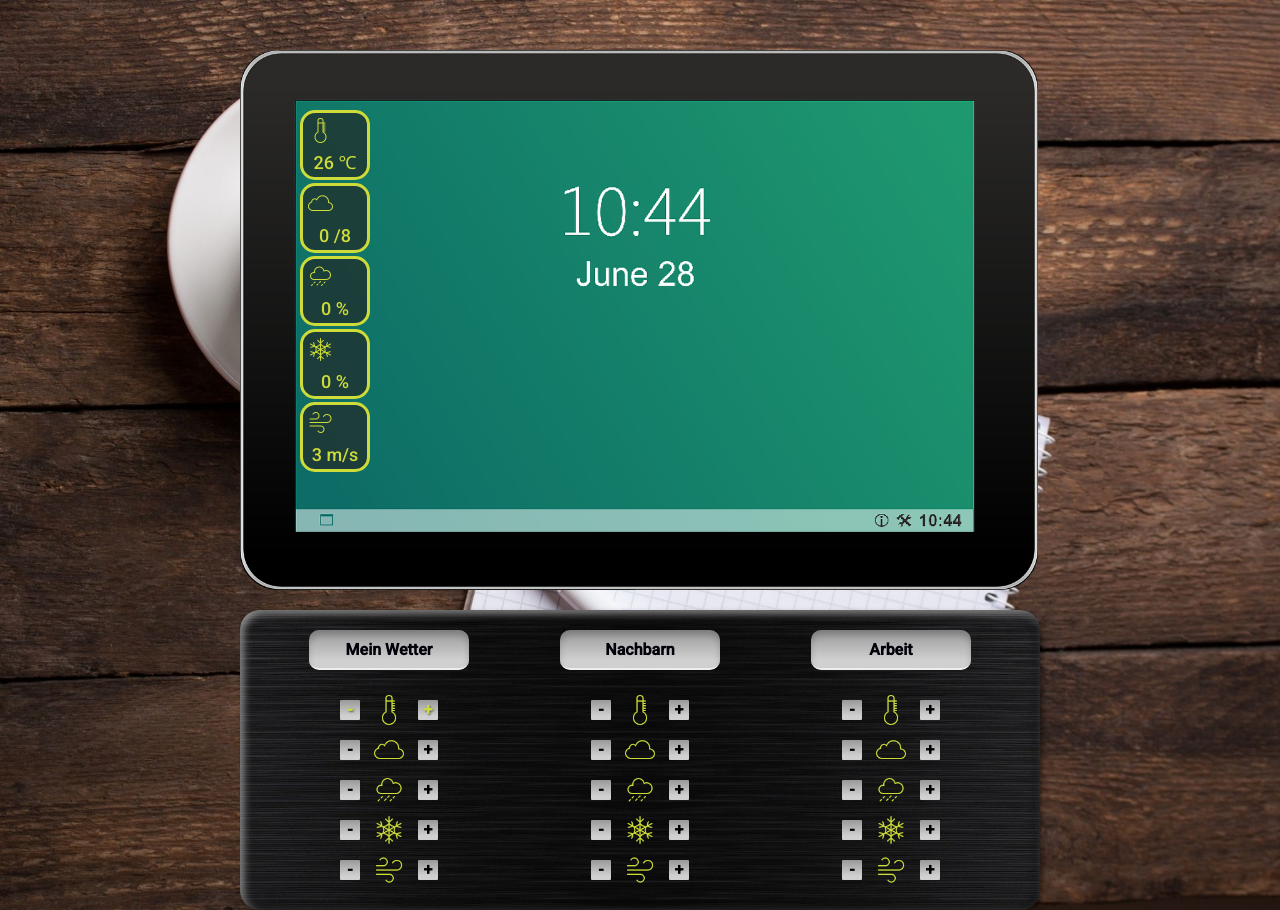
Repository: NadiaSchmitz/wetter.githab.io
Page: index.html
The author's editor kept a record of every edit. The page is drawn from the files as they stood at one moment, then again after the next edit.
The browser window is 1280 px wide. The pictures show the whole page.

Above is the page before.
Not found: styles/background1.css
Not found: styles/background2.css
Not found: styles/background3.css

### index.html
<!DOCTYPE html>
<html>

<head>
  <meta charset="utf-8" />
  <title>Das Wetter</title>
  <link rel="stylesheet" href="./styles/reset.css" type="text/css" />
  <link rel="stylesheet" href="./styles/style.css" type="text/css" />
  <link rel="stylesheet" href="./styles/icons.css" type="text/css" />
  <link rel="stylesheet" href="./styles/table.css" type="text/css" />
  <link rel="stylesheet" href="./styles/tablet.css" type="text/css" />
  <link rel="stylesheet" href="./styles/keyboard.css" type="text/css" />
  <link rel="stylesheet" href="./styles/background1.css" type="text/css" />
  <link rel="stylesheet" href="./styles/background2.css" type="text/css" />
  <link rel="stylesheet" href="./styles/background3.css" type="text/css" />
  <meta name="viewport" content="width=device-width, initial-scale=1.0">
  <link rel="preconnect" href="https://fonts.googleapis.com">
  <link rel="preconnect" href="https://fonts.gstatic.com" crossorigin>
  <link href="https://fonts.googleapis.com/css2?family=Roboto:wght@500&display=swap" rel="stylesheet">
  <link rel="shortcut icon" href="./images/favicon.png" type="image/x-icon">
  <script src="https://ajax.googleapis.com/ajax/libs/jquery/2.2.0/jquery.min.js"></script>

</head>

<body>
  <section class="wrapper">
    <div class="coffee"></div>
    <section class="inner_wrapper">
      <div class="weather_wrapper">
        <div id="weather" class="main_layout_my_weather">
        <div id="layout_1" class="layout1_my_weather"></div>
        <div class="status_wrapper">
          <div class="status status_temperature">
            <div class="status_value status_temperature_value">
              <span class="temperature_value">26</span>
              <span>&#8451;</span>
            </div>
          </div>
          <div class="status status_clouds">
            <div class="status_value status_clouds_value">
              <span class="clouds_value">0</span>
              <span>/8</span>
            </div>
          </div>
          <div class="status status_rain">
            <div class="status_value status_rain_value">
              <span class="rain_value">0</span>
              <span>%</span>
            </div>
          </div>
          <div class="status status_snow">
            <div class="status_value status_snow_value">
              <span class="snow_value">0</span>
              <span>%</span>
            </div>
          </div>
          <div class="status status_wind">
            <div class="status_value status_wind_value">
              <span class="wind_value">3</span>
              <span>m/s</span>
            </div>
          </div>
        </div>
      </div>
      </div>
      <div class="control">
        <div class="control_keyboard">
          <div class="control_keyboard_section">
            <div class="weather_button_wrapper">
              <span id="myWeather" class="weather_button active_button my" data-info="my">Mein Wetter</span>
            </div>
            <div class="control_keyboard_content">
              <div class="control_keyboard_content_item">
                <span class="control_button minus temperatur_minus active_control_button" data-info="my">-</span>
                <span class="control_weather temperatur_value_control"></span>
                <span class="control_button plus temperatur_plus active_control_button" data-info="my">+</span>
              </div>
              <div class="control_keyboard_content_item">
                <span class="control_button minus clouds_minus">-</span>
                <span class="control_weather clouds_value_control"></span>
                <span class="control_button plus clouds_plus">+</span>
              </div>
              <div class="control_keyboard_content_item">
                <span class="control_button clouds_minus">-</span>
                <span class="control_weather rain_value_control"></span>
                <span class="control_button clouds_plus">+</span>
              </div>
              <div class="control_keyboard_content_item">
                <span class="control_button clouds_minus">-</span>
                <span class="control_weather snow_value_control"></span>
                <span class="control_button clouds_plus">+</span>
              </div>
              <div class="control_keyboard_content_item">
                <span class="control_button clouds_minus">-</span>
                <span class="control_weather wind_value_control"></span>
                <span class="control_button clouds_plus">+</span>
              </div>
            </div>
          </div>
          <div class="control_keyboard_section">
            <div class="weather_button_wrapper">
              <span id="nachbarnWeather" class="weather_button" data-info="nachbarn">Nachbarn</span>
            </div>
            <div class="control_keyboard_content">
              <div class="control_keyboard_content_item">
                <span class="control_button minus temperatur_minus" data-info="nachbarn">-</span>
                <span class="control_weather temperatur_value_control"></span>
                <span class="control_button plus temperatur_plus" data-info="nachbarn">+</span>
              </div>
              <div class="control_keyboard_content_item">
                <span class="control_button minus clouds_minus">-</span>
                <span class="control_weather clouds_value_control"></span>
                <span class="control_button plus clouds_plus">+</span>
              </div>
              <div class="control_keyboard_content_item">
                <span class="control_button clouds_minus">-</span>
                <span class="control_weather rain_value_control"></span>
                <span class="control_button clouds_plus">+</span>
              </div>
              <div class="control_keyboard_content_item">
                <span class="control_button clouds_minus">-</span>
                <span class="control_weather snow_value_control"></span>
                <span class="control_button clouds_plus">+</span>
              </div>
              <div class="control_keyboard_content_item">
                <span class="control_button clouds_minus">-</span>
                <span class="control_weather wind_value_control"></span>
                <span class="control_button clouds_plus">+</span>
              </div>
            </div>
          </div>
          <div class="control_keyboard_section">
            <div class="weather_button_wrapper">
              <span id="arbeitWeather" class="weather_button" data-info="arbeit">Arbeit</span>
            </div>
            <div class="control_keyboard_content">
              <div class="control_keyboard_content_item">
                <span class="control_button minus temperatur_minus" data-info="arbeit">-</span>
                <span class="control_weather temperatur_value_control"></span>
                <span class="control_button plus temperatur_plus" data-info="arbeit">+</span>
              </div>
              <div class="control_keyboard_content_item">
                <span class="control_button minus clouds_minus">-</span>
                <span class="control_weather clouds_value_control"></span>
                <span class="control_button plus clouds_plus">+</span>
              </div>
              <div class="control_keyboard_content_item">
                <span class="control_button clouds_minus">-</span>
                <span class="control_weather rain_value_control"></span>
                <span class="control_button clouds_plus">+</span>
              </div>
              <div class="control_keyboard_content_item">
                <span class="control_button clouds_minus">-</span>
                <span class="control_weather snow_value_control"></span>
                <span class="control_button clouds_plus">+</span>
              </div>
              <div class="control_keyboard_content_item">
                <span class="control_button clouds_minus">-</span>
                <span class="control_weather wind_value_control"></span>
                <span class="control_button clouds_plus">+</span>
              </div>
            </div>
          </div>
        </div>
      </div>
    </section>
  </section>
  <script type="text/javascript" src="./js/weather.js"></script>
  <script type="text/javascript" src="./js/general.js"></script>
</body>

</html>

### styles/reset.css
html, body, div, span, applet, object, iframe,
h1, h2, h3, h4, h5, h6, p, blockquote, pre,
a, abbr, acronym, address, big, cite, code,
del, dfn, em, img, ins, kbd, q, s, samp,
small, strike, strong, sub, sup, tt, var,
b, u, i, center,
dl, dt, dd, ol, ul, li,
fieldset, form, label, legend,
table, caption, tbody, tfoot, thead, tr, th, td,
article, aside, canvas, details, embed,
figure, figcaption, footer, header, hgroup,
menu, nav, output, ruby, section, summary,
time, mark, audio, video {
	margin: 0;
	padding: 0;
	box-sizing: border-box;
	border: 0;
	font-size: 100%;
	font: inherit;
	vertical-align: baseline;
}
/* HTML5 display-role reset for older browsers */
article, aside, details, figcaption, figure,
footer, header, hgroup, menu, nav, section {
	display: block;
}
body {
	line-height: 1;
}
ol, ul {
	list-style: none;
}
blockquote, q {
	quotes: none;
}
blockquote:before, blockquote:after,
q:before, q:after {
	content: '';
	content: none;
}
table {
	border-collapse: collapse;
	border-spacing: 0;
}

### styles/style.css
.wrapper {
  min-height: calc(100vh);
  background-size: cover;
  background-repeat: no-repeat;
}

.inner_wrapper {
  font-family: 'Roboto', sans-serif;
  padding: 50px  0 0 0;
}

.weather_wrapper {
  width: 800px;
  height: 540px;
  background-size: contain;
  background-repeat: no-repeat;
  margin: 0 auto 20px;
  padding: 50px;
}

#weather {
  position: relative;
  width: 700px;
  height: 440px;
  background-size: cover;
  background-repeat: no-repeat;
  background-position: 50%;
  margin: 0 auto;
}

#layout_1 {
  position: absolute;
  top: 0;
  bottom: 0;
  left: 0;
  right: 0;
  background-size: cover;
  background-position: 40% 0;
}

.status_wrapper {
  padding: 10px 0 0 10px;
}

.status {
  position: relative;
  width: 70px;
  height: 70px;
  border-radius: 15px;
  border: 3px solid #cddc39;
  background-size: 25px;
  background-position: 5px 5px;
  background-repeat: no-repeat;
  background-color: rgb(36 36 36 / 66%);
  margin: 0 0 3px 0;
}

.status:last-of-type {
  margin: 0;
}

.status_value {
  font-size: 18px;
  line-height: 40px;
  text-align: center;
  color: #cddc39;
  margin: 30px 0 0 0;
}

.control {

}

.control_keyboard {
  width: 800px;
  height: 300px;
  background-color: #3a3939;
  background-size: cover;
  border-radius: 20px;
  text-align: center;
  box-shadow: inset rgba(0,0,0,.5) -3px -3px 8px, inset rgb(179 178 178 / 90%) 3px 3px 8px, rgba(0,0,0,.8) 3px 3px 8px -3px;
  margin: 0 auto;
  padding: 20px;
}

.control_keyboard_section {
  display: inline-block;
  vertical-align: top;
  width: 32.5%;
  padding: 0 10px 0 10px;
}

.weather_button_wrapper {
  margin: 0 0 30px 0;
}

.weather_button {
  width: 160px;
  height: 40px;
  border-bottom: 2px solid #eee;
  box-shadow: inset rgba(0,0,0,0.2) 0px 5px 6px;
  display: block;
  font-size: 16px;
  line-height: 40px;
  color: #000009;
  font-weight: 700;
  text-align: center;
  text-decoration: none;
  background-image: -webkit-linear-gradient(top, #999, #d0d0d0 80%);
  background-image: -moz-linear-gradient(top, #999, #d0d0d0 80%);
  background-image: -ms-linear-gradient(top, #999, #d0d0d0 80%);
  background-image: -o-linear-gradient(top, #999, #d0d0d0 80%);
  background-image: linear-gradient(top, #999, #d0d0d0 80%);
  -moz-border-radius: 10px;
  -webkit-border-radius: 10px;
  border-radius: 10px;
  -webkit-transition: all .1s ease-in;
  -moz-transition: all .1s ease-in;
  -ms-transition: all .1s ease-in;
  -o-transition: all .1s ease-in;
  transition: all .1s ease-in;
  cursor: pointer;
  margin: 0 auto;
}

.weather_button:hover {
  -webkit-box-shadow: rgba(0,0,0,.4) 0 3px 8px;
  -moz-box-shadow: rgba(0,0,0,.4) 0 3px 8px;
  box-shadow: rgba(0,0,0,.4) 0 3px 8px;
}

.aktive_button {
  color: #cddc39;
  text-shadow: 1px 1px 2px rgb(94 92 92);
}

.control_keyboard_content_item {
  margin: 0 0 15px 0;
}

.control_button {
  display: inline-block;
  vertical-align: top;
  width: 20px;
  height: 20px;
  font-size: 16px;
  line-height: 20px;
  font-weight: 700;
  text-align: center;
  background-image: -webkit-linear-gradient(top, #999, #d0d0d0 80%);
  background-image: -moz-linear-gradient(top, #999, #d0d0d0 80%);
  background-image: -ms-linear-gradient(top, #999, #d0d0d0 80%);
  background-image: -o-linear-gradient(top, #999, #d0d0d0 80%);
  background-image: linear-gradient(top, #999, #d0d0d0 80%);
  -moz-border-radius: 1px;
  -webkit-border-radius: 1px;
  border-radius: 1px;
  -webkit-transition: all .1s ease-in;
  -moz-transition: all .1s ease-in;
  -ms-transition: all .1s ease-in;
  -o-transition: all .1s ease-in;
  transition: all .1s ease-in;
}

.control_weather {
  display: inline-block;
  vertical-align: top;
  width: 30px;
  height: 30px;
  background-position: 50%;
  background-size: cover;
  margin: -5px 10px 0 10px;
}

.active_control_button {
  color: #cddc39;
  text-shadow: 1px 1px 2px rgb(94 92 92);
}

### js/weather.js
var weatherArray = [];
weatherArray = [{
    weatherOwner: "myWeather",
    controlButtonClass: "my_weather_control",
    temperaturUnderLimit: 25,
    temperaturStandart: 26,
    temperaturUpperLimit: 27,
    cloudsUnderLimit: 0,
    cloudsStandart: 0,
    cloudsUpperLimit: 1,
    rainUnderLimit: 0,
    rainStandart: 0,
    rainUpperLimit: 5,
    snowUnderLimit: 0,
    snowStandart: 0,
    snowUpperLimit: 0,
    windUnderLimit: 3,
    windStandart: 3,
    windUpperLimit: 5,
    mainLayoutClass: "main_layout_my_weather",
    layout1: "layout1_my_weather",
    layout2: ""
  },

  {
    weatherOwner: "nachbarnWeather",
    controlButtonClass: "nachbarn_weather_control",
    temperaturUnderLimit: 3,
    temperaturStandart: 5,
    temperaturUpperLimit: 8,
    cloudsUnderLimit: 7,
    cloudsStandart: 8,
    cloudsUpperLimit: 9,
    rainUnderLimit: 80,
    rainStandart: 90,
    rainUpperLimit: 100,
    snowUnderLimit: 0,
    snowStandart: 0,
    snowUpperLimit: 0,
    windUnderLimit: 20,
    windStandart: 30,
    windUpperLimit: 40,
    mainLayoutClass: "main_layout_nachbarn_weather",
    layout1: "layout1_nachbarn_weather",
    layout2: ""
  },

  {
    weatherOwner: "arbeitWeather",
    controlButtonClass: "arbeit_weather_control",
    temperaturUnderLimit: -10,
    temperaturStandart: -20,
    temperaturUpperLimit: -30,
    cloudsUnderLimit: 3,
    cloudsStandart: 4,
    cloudsUpperLimit: 5,
    rainUnderLimit: 0,
    rainStandart: 0,
    rainUpperLimit: 0,
    snowUnderLimit: 30,
    snowStandart: 50,
    snowUpperLimit: 80,
    windUnderLimit: 0,
    windStandart: 0,
    windUpperLimit: 0,
    mainLayoutClass: "main_layout_arbeit_weather",
    layout1: "layout1_arbeit_weather",
    layout2: ""
  },
]

$(document).ready(function() {
  $(".weather_button").click(function() {
    $('.weather_button').removeClass('active_button');
    $(this).addClass('active_button');
    $('.control_button').removeClass('active_control_button');
    var activeAttr = $('.active_button').attr('data-info');
    console.log(activeAttr)
    $('.control_button').each(function() {
      if ($(this).hasClass(activeAttr)) {
        $(this).addClass('active_control_button')
      }
    });

    var buttonId = $(this).attr('id');

    for (var i = 0; i < weatherArray.length; i++) {
      if (buttonId == weatherArray[i].weatherOwner) {
        var styleId = i;
        $(buttonId).addClass('active_button');
        $('#weather').removeClass().addClass(weatherArray[styleId].mainLayoutClass);
        $('#layout_1').removeClass().addClass(weatherArray[styleId].layout1);
        $('.temperature_value').html(weatherArray[styleId].temperaturStandart);
        $('.clouds_value').html(weatherArray[styleId].cloudsStandart);
        $('.rain_value').html(weatherArray[styleId].rainStandart);
        $('.snow_value').html(weatherArray[styleId].snowStandart);
        $('.wind_value').html(weatherArray[styleId].windStandart);
      }
    }
  });
})

$(document).ready(function() {
  $(".active_control_button").click(function() {
    var activeButton = $('.active_button');
    if ($('.active_button').hasClass('my')) {
      if ($(this).hasClass('temperature_minus')) {
        var temperaturValue = $(this).html();
        console.log(temperaturValue)
      }
    }
    else if ($('.active_button').hasClass('nachbarn')) {

    } else {

    }

  });
})

### js/general.js
$(document).ready(function() {
    var widthScreen = $(window).width() - 700;
    var heightScreen = widthScreen / 1.5;

    var screenRatio = widthScreen / heightScreen;

    console.log(widthScreen);
    console.log(heightScreen);
    console.log(screenRatio);

    $(".weather").css("width", widthScreen);
    $(".weather").css("height", heightScreen);
})

Loaded but not shown: styles/icons.css (library); styles/table.css (library); styles/tablet.css (library); styles/keyboard.css (library)

After the next edit:
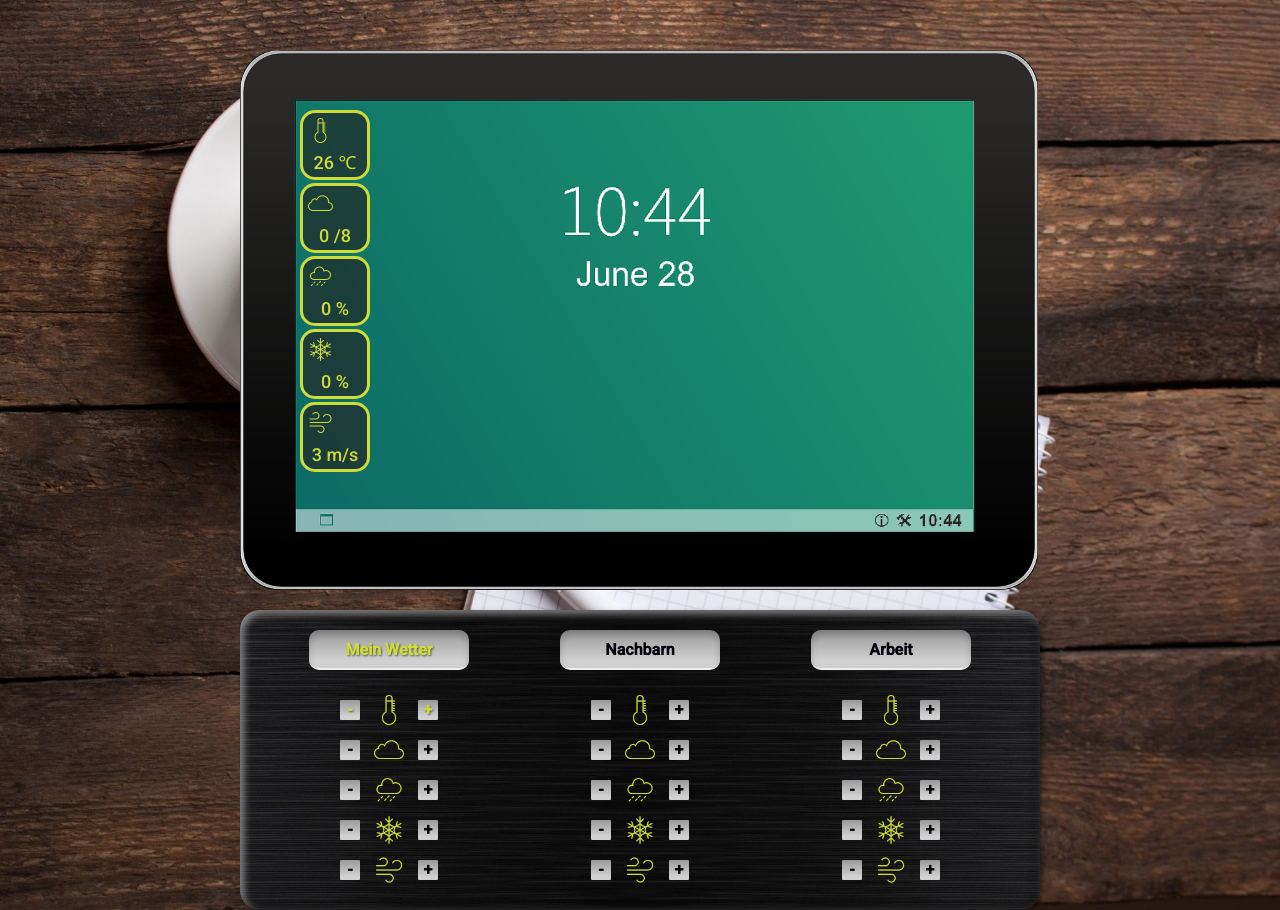
The edit:
--- a/styles/style.css
+++ b/styles/style.css
@@ -129,7 +129,7 @@
   box-shadow: rgba(0,0,0,.4) 0 3px 8px;
 }
 
-.aktive_button {
+.active_button {
   color: #cddc39;
   text-shadow: 1px 1px 2px rgb(94 92 92);
 }
